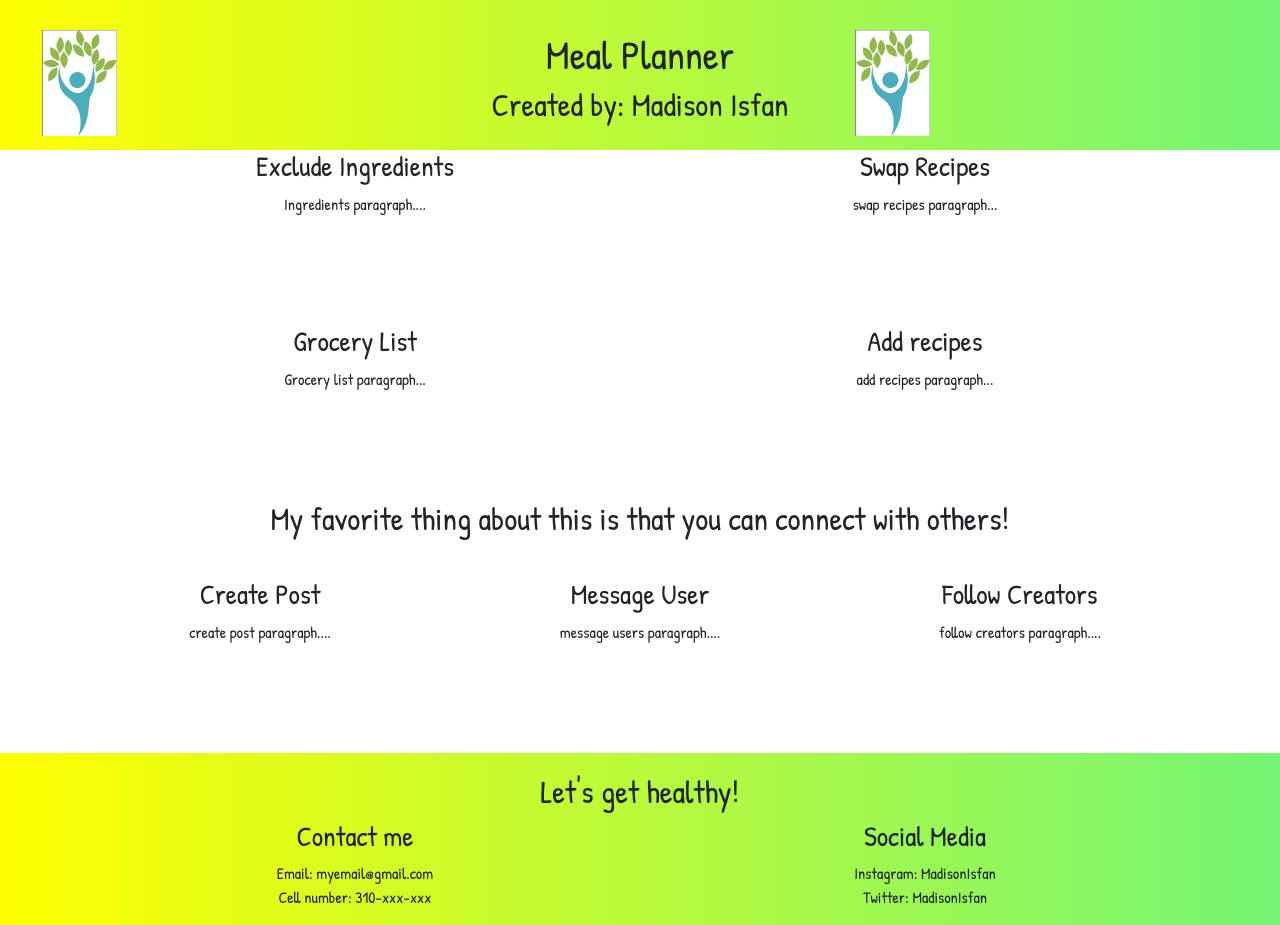
Repository: madisonisfan/Meal-Planner
Page: index.html
An editor plug-in stored every save of this project. The page is shown before and after the next save, followed by the edit.
The browser window is 1280 px wide. The pictures show the whole page.
Some web libraries are served in a nearby version.

Above is the page before, as saved 2021-02-19 10:48:19.

After the next save:
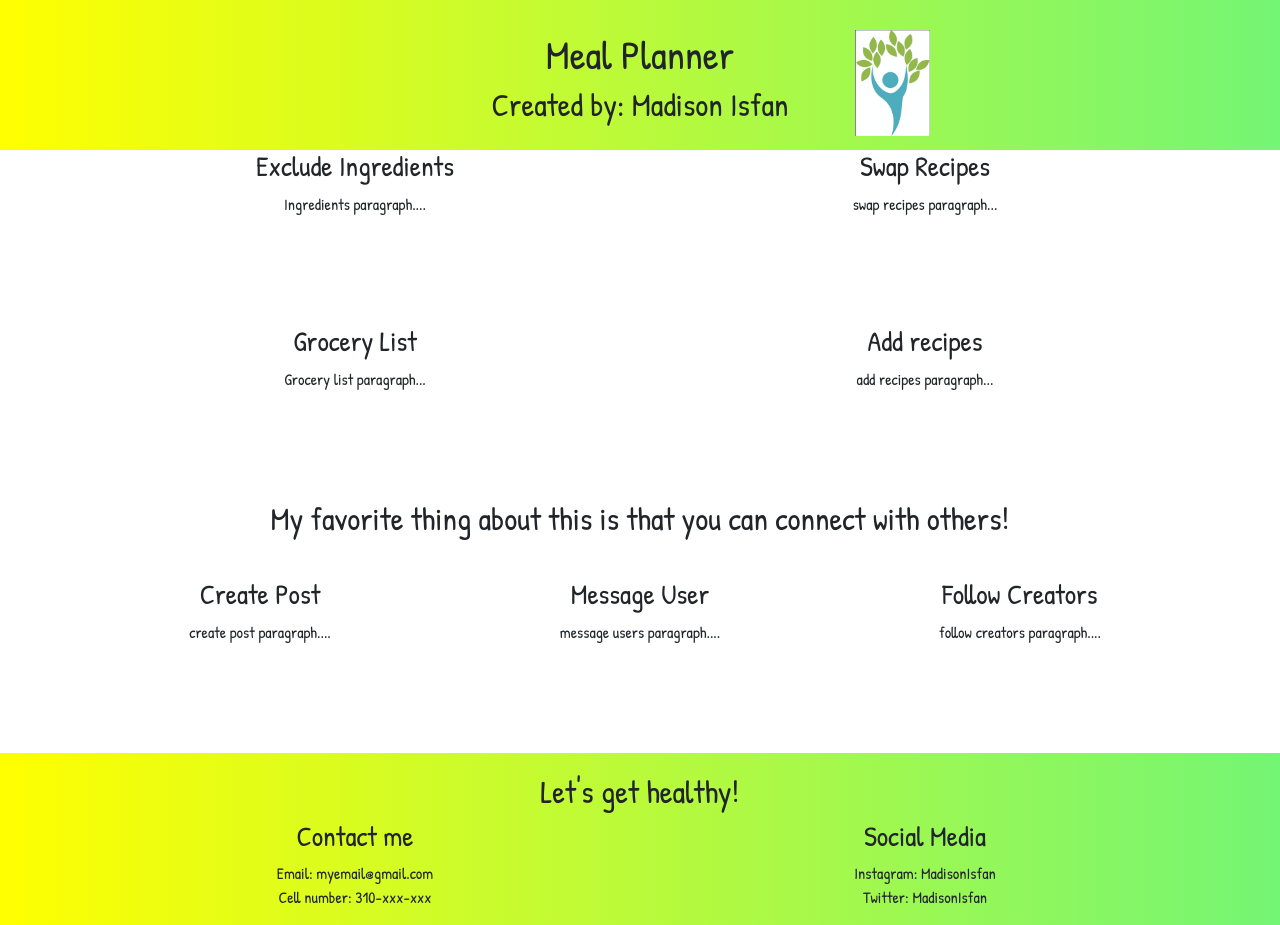
Saved 47 s later.
--- a/index.html
+++ b/index.html
@@ -17,7 +17,7 @@
         <div class="container-fluid">
             <div class="row align-self-center justify-content-between"  >
                 <div class="col text-left ">
-                    <img src="healthySymbolSc.jpg">
+                    <!--<img src="healthySymbolSc.jpg">-->
                 </div>
                 <div class="col text-center">
                     <h1>Meal Planner</h1>
